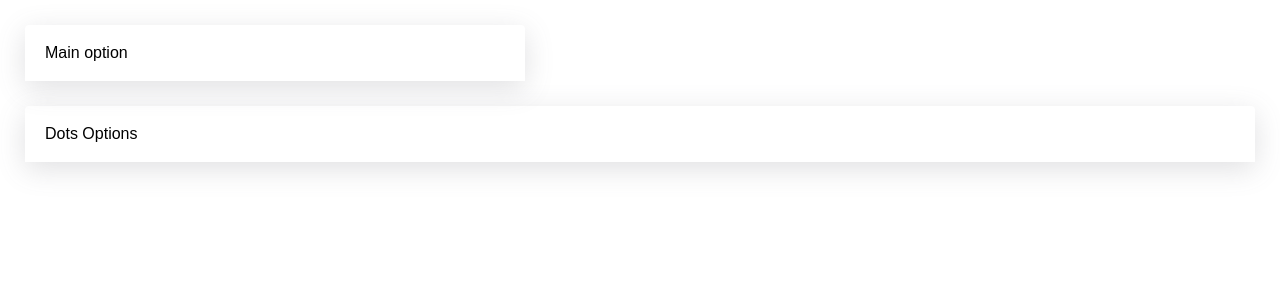
Repository: kip310/qr-code-js-club
Page: index.html
The author's editor kept a copy of each file at every save. The page is drawn from the files as they stood at one save, then again after the next save.
The browser window is 1280 px wide. The pictures show the whole page.

Above is the page before, as saved 2025-02-12 00:43:07.

### index.html
<!DOCTYPE html>
<html lang="en">
<head>
    <meta charset="UTF-8">
    <meta name="viewport" content="width=device-width, initial-scale=1.0">
    <title>Code Generate</title>
    <link rel="stylesheet" href="./app.css" />
</head>
<body>
    <div class="accordion">

      <div class="accordion-header">
        <span>Main option</span>
        <i class="fa fa-angle-down icon"></i>
      </div>

      <div class="accordion-content">
        <div class="accordion-content-inner">
            <label for="form-data">Data</label>
                <textarea node="data" node-change-event="oninput" id="form-data" type="text" value="https://qr-code-styling.com">https://qr-code-styling.com</textarea>
                <label for="form-image-file">Image File</label>
                <div class="buttons-container">
                    <input node="image" node-data-field="files" id="form-image-file" type="file" />
                     <button type="button" id="button-cancel">Cancel</button>
                </div>
                <label for="form-width">Width</label>
                <div>
                    <input node="width" id="form-width" type="number" min="100" max="10000" value="300"/>
                </div>
                <label for="form-height">Height</label>
                <div>
                    <input node="height" id="form-height" type="number" min="100" max="10000" value="300"/>
                </div>
                <label for="form-height">Margin</label>
                <div>
                    <input node="margin" id="form-margin" type="number" min="0" max="10000" value="0"/>
                </div>
        </div>
      </div>


    </div class="accordion">
      <div class="accordion-header">
        <span>Dots Options</span>
        <i class="fa fa-angle-down icon"></i>
      </div>
      <div class="accordion-content">
        <div class="accordion-content-inner">
            <!-- <div class="panel"> -->
                        <label for="form-dots-type">Dots Style</label>
                        <div>
                            <select node="dotsOptions.type" id="form-dots-type">
                                <option value="square">Square</option>
                                <option value="dots">Dots</option>
                                <option value="rounded">Rounded</option>
                                <option value="extra-rounded" selected>Extra rounded</option>
                                <option value="classy">Classy</option>
                                <option value="classy-rounded">Classy rounded</option>
                            </select>
                        </div>
                        <label>Color Type</label>
                        <div class="space-between-container">
                            <div style="flex-grow: 1">
                                <input node-data-field="checked" node="dotsOptionsHelper.colorType.single" id="form-dots-color-type-single" type="radio" name="dots-color-type" checked/>
                                <label for="form-dots-color-type-single">Single color</label>
                            </div>
                            <div style="flex-grow: 1">
                                <input node-data-field="checked" node="dotsOptionsHelper.colorType.gradient" id="form-dots-color-type-gradient" type="radio" name="dots-color-type"/>
                                <label for="form-dots-color-type-gradient">Color gradient</label>
                            </div>
                        </div>
                        <label class="dotsOptionsHelper.colorType.single" for="form-dots-color">Dots Color</label>
                        <div class="dotsOptionsHelper.colorType.single">
                            <input node="dotsOptions.color" id="form-dots-color" type="color" value="#6a1a4c"/>
                        </div>
                        <label class="dotsOptionsHelper.colorType.gradient" style="visibility: hidden; height: 0">Gradient Type</label>
                        <div class="dotsOptionsHelper.colorType.gradient space-between-container" style="visibility: hidden; height: 0">
                            <div style="flex-grow: 1">
                                <input node-data-field="checked" node="dotsOptionsHelper.gradient.linear" id="form-dots-gradient-type-linear" type="radio" name="dots-gradient-type" checked/>
                                <label for="form-dots-gradient-type-linear">Linear</label>
                            </div>
                            <div style="flex-grow: 1">
                                <input node-data-field="checked" node="dotsOptionsHelper.gradient.radial" id="form-dots-gradient-type-radial" type="radio" name="dots-gradient-type"/>
                                <label for="form-dots-gradient-type-radial">Radial</label>
                            </div>
                        </div>
                        <label class="dotsOptionsHelper.colorType.gradient" style="visibility: hidden; height: 0">Dots Gradient</label>
                        <div class="dotsOptionsHelper.colorType.gradient" style="visibility: hidden; height: 0">
                            <input node="dotsOptionsHelper.gradient.color1" type="color" value="#6a1a4c"/>
                            <input node="dotsOptionsHelper.gradient.color2" type="color" value="#6a1a4c"/>
                        </div>
                        <label class="dotsOptionsHelper.colorType.gradient" for="form-dots-gradient-rotation" style="visibility: hidden; height: 0">Rotation</label>
                        <div class="dotsOptionsHelper.colorType.gradient" style="visibility: hidden; height: 0">
                            <input node="dotsOptionsHelper.gradient.rotation" id="form-dots-gradient-rotation" type="number" min="0" max="360" value="0"/>
                        </div>
                    <!-- </div> -->
        </div>
      </div>
    </div>
      <script src="./hehe.js"></script>
</body>
</html>

### app.css
html {
    box-sizing: border-box;
  }
  * {
    margin: 0;
    padding: 0;
  }
  *,
  *:before,
  *:after {
    box-sizing: border-box;
  }
  input,
  textarea,
  select,
  button {
    outline: none;
  }
  input {
    line-height: normal;
  }
  label,
  button {
    cursor: pointer;
  }
  a {
    text-decoration: none;
  }
  img {
    display: block;
    max-width: 100%;
  }
  *,
  *:before,
  *:after {
    box-sizing: border-box;
  }
  /* using rem unit */
  html {
    font-size: 62.5%;
  }
  a {
    text-decoration: none;
  }
  img {
    display: block;
    max-width: 100%;
  }
  body {
    font-family: "Poppins", sans-serif;
    font-size: 16px;
    line-height: 1;
    padding: 25px;
  }
  .accordion {
    margin-bottom: 25px;
    max-width: 500px;
  }
  .accordion-header {
    padding: 20px;
    border-radius: 4px 4px 0 0;
    cursor: pointer;
    box-shadow: rgba(100, 100, 111, 0.2) 0px 7px 29px 0px;
    display: flex;
    justify-content: space-between;
    align-items: center;
  }
  .accordion-header * {
    pointer-events: none;
  }
  .accordion-content {
    border-top: 0;
    color: #333;
    font-size: 14px;
    font-weight: 300;
    line-height: 1.6;
    background-color: white;
    height: 0;
    overflow: hidden;
    transition: all 0.25s linear;
  }
  .accordion-content-inner {
    padding: 20px;
    border: 1px solid #eee;
  }
  .accordion-content.is-active {
    height: auto;
    }

### hehe.js
const accordionHeaders = document.querySelectorAll(".accordion-header");
[...accordionHeaders].forEach((item)=> item.addEventListener("click", handleClickAccordion));
function handleClickAccordion(event){
    // console.log(event.target);
    event.target.nextElementSibling.classList.toggle("is-active");
    const content = event.target.nextElementSibling;
    content.style.height = `${content.scrollHeight}px`;
    if (!content.classList.contains("is-active")){
        content.style.height = "0px";
    }

    const icon = event.target.querySelector(".icon");
    icon.classList.toggle("fa-angle-down");
    icon.classList.toggle("fa-angle-up");
}

After the next save:
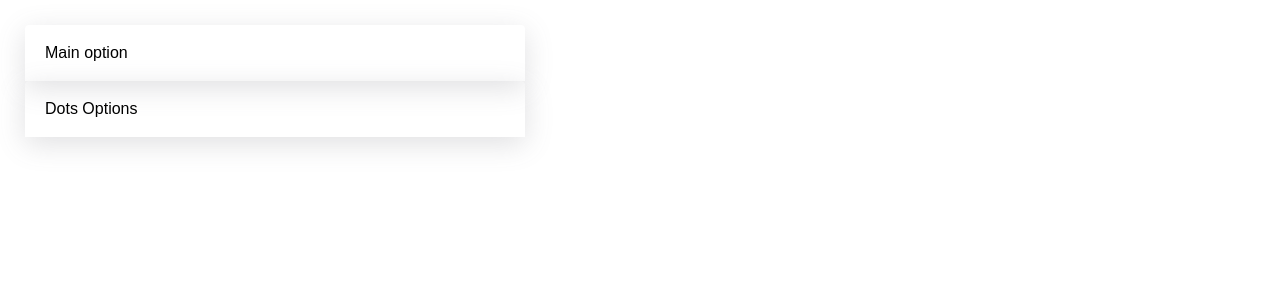
Saved 90 s later.
--- a/index.html
+++ b/index.html
@@ -38,12 +38,11 @@
         </div>
       </div>
 
-
-    </div class="accordion">
       <div class="accordion-header">
         <span>Dots Options</span>
         <i class="fa fa-angle-down icon"></i>
       </div>
+
       <div class="accordion-content">
         <div class="accordion-content-inner">
             <!-- <div class="panel"> -->
